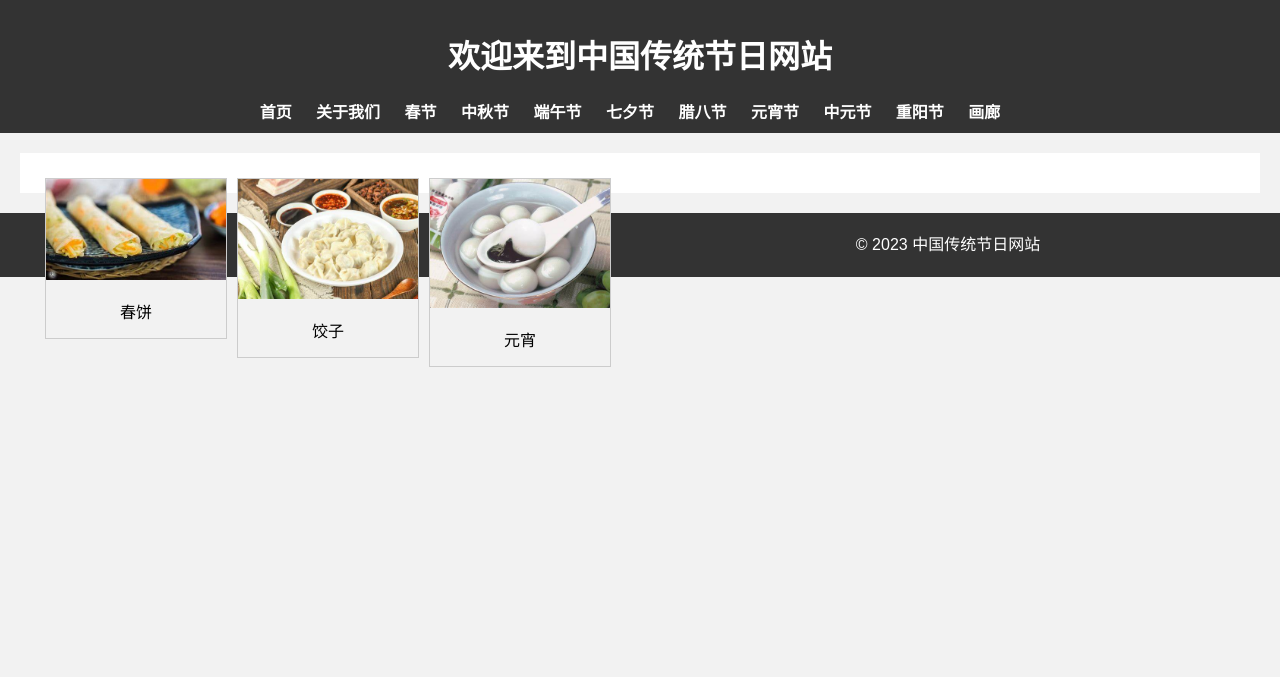
Repository: XueJie1/computer-operation-basics
Page: pages/gallery.html
The author's editor kept a copy of each file at every save. The page is drawn from the files as they stood at one save, then again after the next save.
The browser window is 1280 px wide. The pictures show the whole page.

Above is the page before, as saved 2023-09-04 19:06:53.

After the next save:
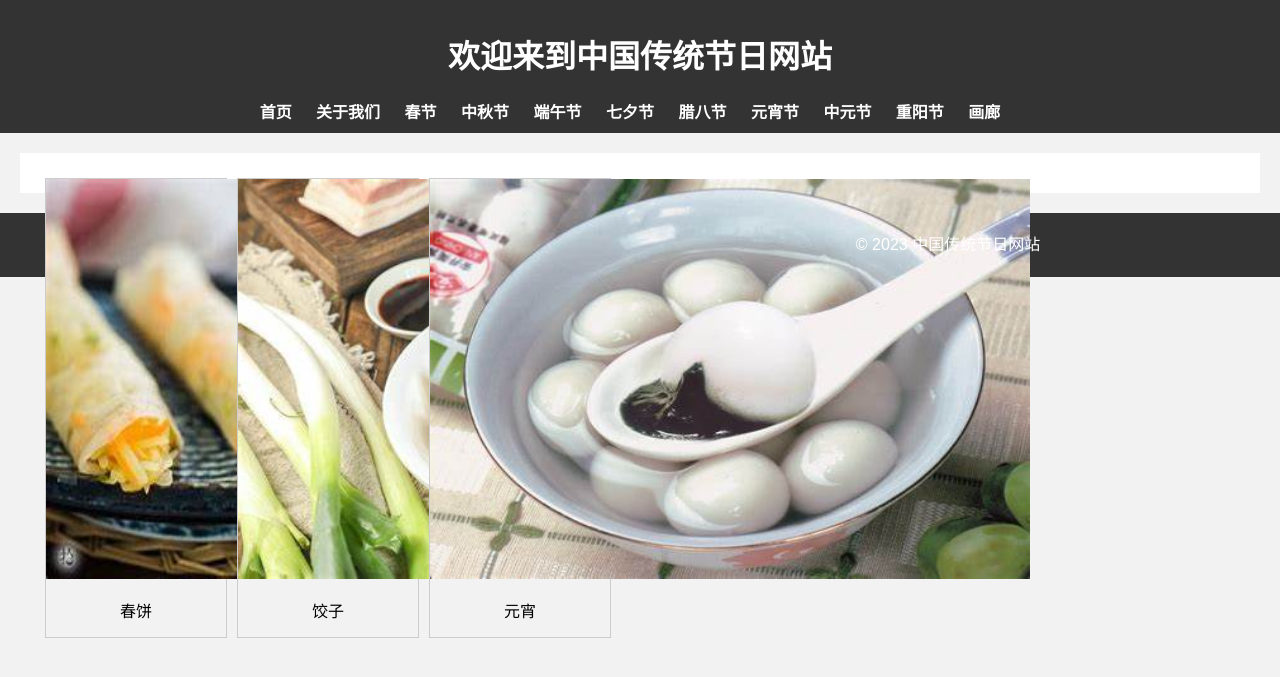
Saved 5 min 36 s later.
--- a/css/styles.css
+++ b/css/styles.css
@@ -124,11 +124,11 @@ section {
     margin-left: 20px;
 }
 
-.img {
+.img:[alt] {
     text-align: center;
 }
 
-.img img {
+.img:[alt] img {
     width: 350px;
     height: auto;
 }
@@ -148,7 +148,7 @@ div.gallery:hover {
   border: 1px solid #777;
 }
 
-div.gallery img {
+div.gallery img:[alt] {
   width: 100%;
   height: auto;
 }

After the save that followed:
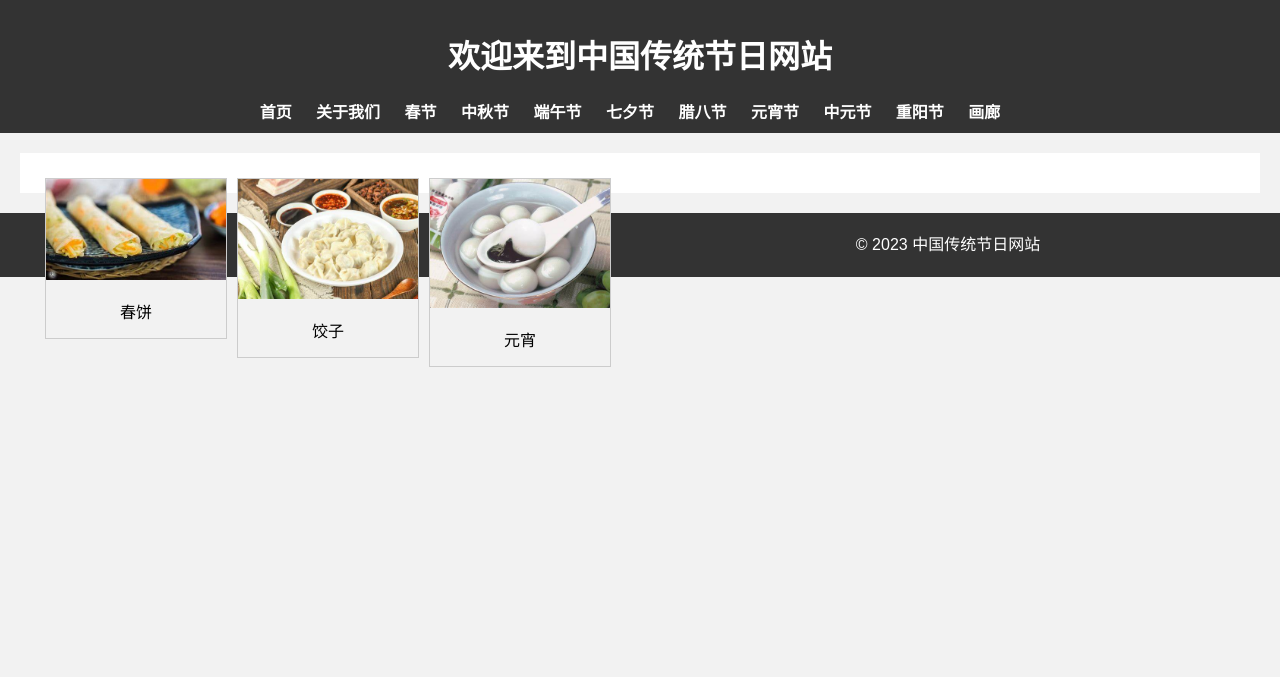
Saved 85 s later.
--- a/css/styles.css
+++ b/css/styles.css
@@ -124,11 +124,11 @@ section {
     margin-left: 20px;
 }
 
-.img:[alt] {
+.img {
     text-align: center;
 }
 
-.img:[alt] img {
+.img img {
     width: 350px;
     height: auto;
 }
@@ -148,7 +148,7 @@ div.gallery:hover {
   border: 1px solid #777;
 }
 
-div.gallery img:[alt] {
+div.gallery img {
   width: 100%;
   height: auto;
 }
